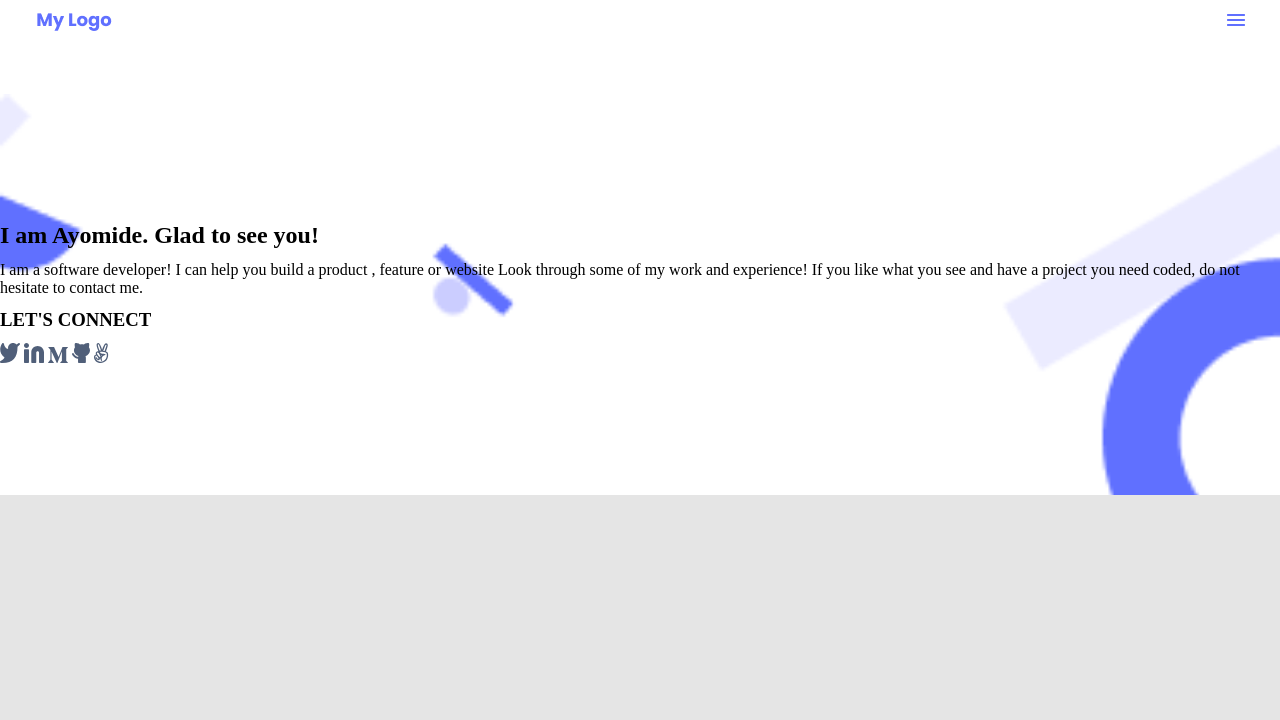
Repository: Paulinelali/potfoilo.github.io
Page: public/index.html
These files come from the project's save history. The page is drawn as it stood at one moment and after the next save; the edit follows.
The browser window is 1280 px wide. The pictures show the whole page.

Above is the page before, as saved 2023-03-31 00:24:44.

After the next save:
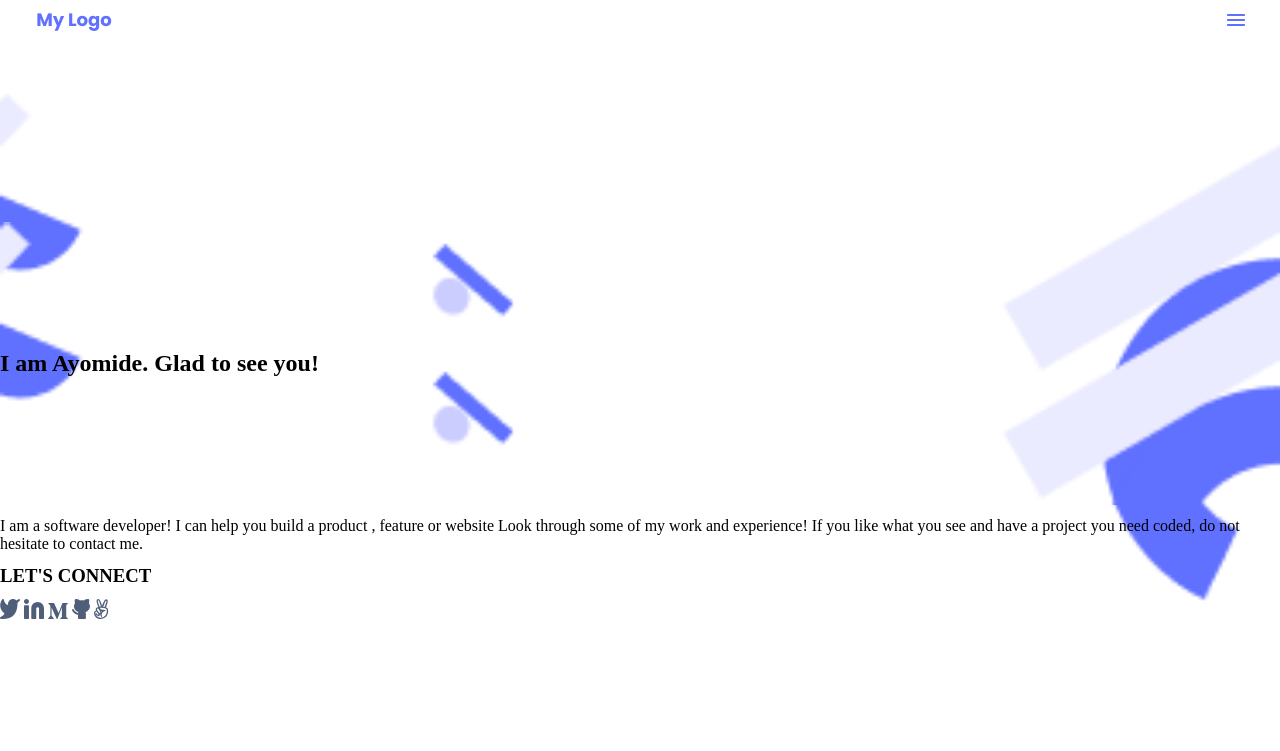
Saved 4 s later.
--- a/public/index.html
+++ b/public/index.html
@@ -20,7 +20,7 @@
         </nav>
         <section class="intro">
             <div class="introc-content pad-aside">
-                <h1 class="">
+                <h1 class="introc-content">
                     I am Ayomide.
                 Glad to see you!
                 </h1>

After the 3 saves that followed:
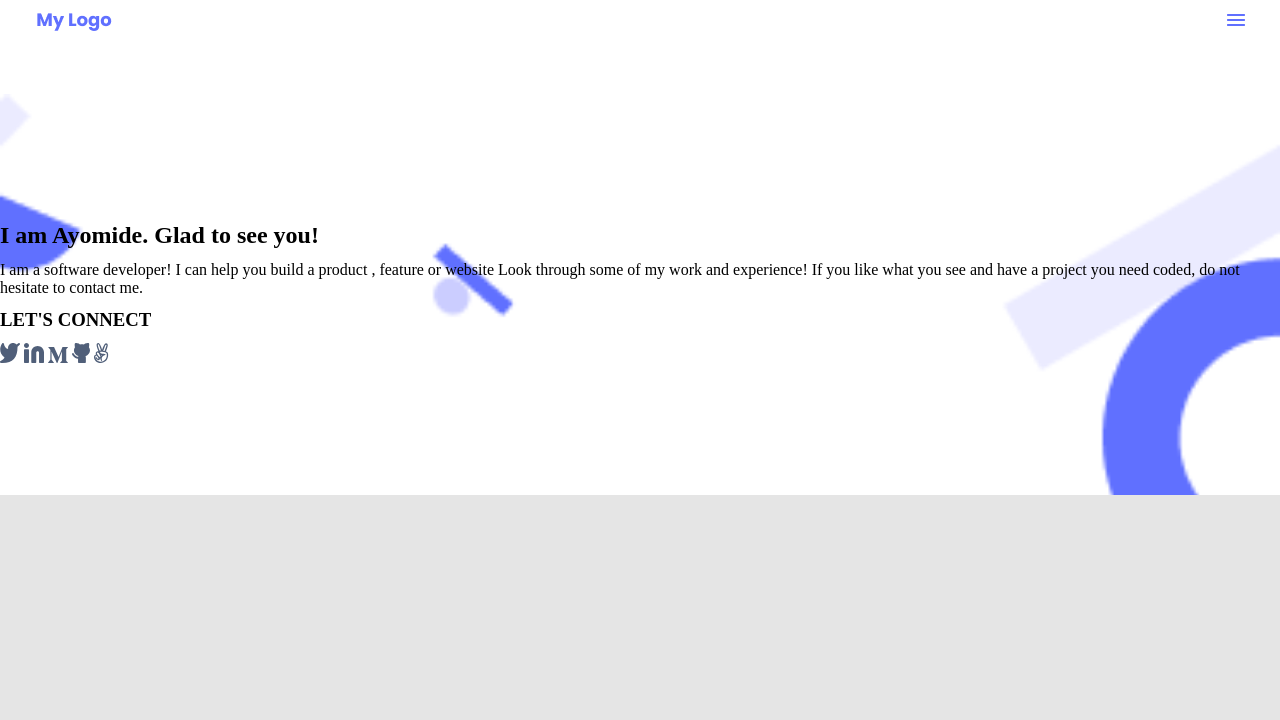
The 3 saves are shown as one change because they came seconds apart.
The last was saved 13 s later.
--- a/public/index.html
+++ b/public/index.html
@@ -20,7 +20,7 @@
         </nav>
         <section class="intro">
             <div class="introc-content pad-aside">
-                <h1 class="introc-content">
+                <h1 class="pad-">
                     I am Ayomide.
                 Glad to see you!
                 </h1>
